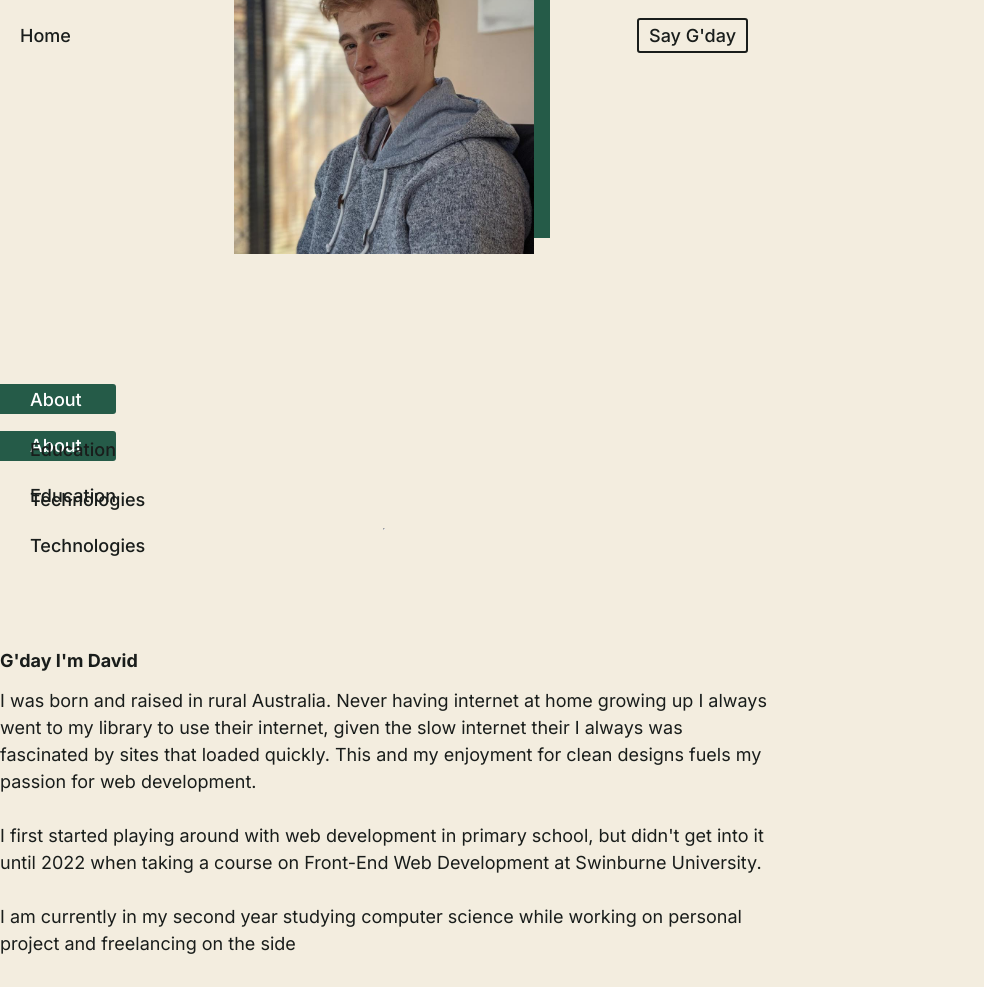
Repository: David-Waite/David-Waite-Portfolio
Page: /about
An editor plug-in stored every save of this project. The page is shown before and after the next save, followed by the edit.
The browser window is 768 px wide. The page is 768 px wide, then 984 px, so the pictures cover 984 px, including what lies to the right of the window. The pictures show the whole page.
The project was rebuilt for these pictures with package versions that can differ from the ones it lists, and the page was loaded fresh each time. The framework's server and built-in components were replaced by stand-ins that run in the browser. Also part of the build but not shown: next.config.js.

Above is the page before, as saved 2023-07-27 10:42:16.

### app/layout.tsx
import "./globals.css";
import type { Metadata } from "next";
import { Inter } from "next/font/google";
import Link from "next/link";
import NavBar from "./components/Nav/NavBar/NavBar";

const inter = Inter({ subsets: ["latin"] });

export const metadata: Metadata = {
  title: "Create Next App",
  description: "Generated by create next app",
};

export default function RootLayout({
  children,
}: {
  children: React.ReactNode;
}) {
  return (
    <html lang="en">
      <body className={inter.className}>
        <NavBar />
        {children}
      </body>
    </html>
  );
}

### app/about/page.tsx
"use client";

import Image from "next/image";
import styles from "./page.module.css";
import Menu from "../components/About/Menu/Menu";
import { useState } from "react";

export default function About() {
  const [selected, setSelected] = useState({
    about: true,
    education: false,
    technologies: false,
  });

  function handleClick(select: string) {
    setSelected(() => {
      return {
        about: select === "about" ? true : false,
        education: select === "education" ? true : false,
        technologies: select === "technologies" ? true : false,
      };
    });
  }

  const AboutText = (
    <>
      <h1>G&apos;day I&apos;m David</h1>
      <p className={styles.description}>
        I was born and raised in rural Australia. Never having internet at home
        growing up I always went to my library to use their internet, given the
        slow internet their I always was fascinated by sites that loaded
        quickly. This and my enjoyment for clean designs fuels my passion for
        web development.
        <br />
        <br /> I first started playing around with web development in primary
        school, but didn&apos;t get into it until 2022 when taking a course on
        Front-End Web Development at Swinburne University.
        <br />
        <br /> I am currently in my second year studying computer science while
        working on personal project and freelancing on the side
      </p>
    </>
  );

  const EducationText = (
    <>
      <h1>My Education</h1>
      <ul className={`${styles.description} ${styles.descriptionList} `}>
        <li>
          CT50220 Dimploma of Information Technology (Front End Web Development)
          | 2022
        </li>
        <li>BA-CS Bachelor of Computer Science | 2023 - current</li>
        <li>Front end developer career path (72hrs) | Scrimba (online)</li>
        <li>
          React Native - The Practical Guide 2022 (26hrs) | Udemy (online)
        </li>
        <li>
          C# Basics for Beginners: Learn C# Fundamentals by Coding (6hrs) |
          Udemy (online)
        </li>
        <li>
          C# Intermediate: Classes, Interfaces and OOP (6hrs) | Udemy (online)
        </li>
      </ul>
    </>
  );
  const TechnologiesText = (
    <>
      <h1>What I&apos;m confortable with</h1>
      <ul className={`${styles.description} ${styles.descriptionList} `}>
        <li>HTML</li>
        <li>CSS</li>
        <li>Next.Js</li>
        <li>Contentful</li>
        <li>React.Js</li>
        <li>JavaScript</li>
        <li>C#</li>
      </ul>
    </>
  );

  let textContent;

  if (selected.about) {
    textContent = AboutText;
  }
  if (selected.technologies) {
    textContent = TechnologiesText;
  }
  if (selected.education) {
    textContent = EducationText;
  }
  return (
    <main className={styles.container}>
      <Menu selected={selected} onClick={handleClick} />
      <div className={styles.content}>
        <div>
          <div className={styles.paragraphContainer}>{textContent}</div>

          <div className={`${styles.desktopLink} ${styles.links}`}>
            <a href="https://github.com/David-Waite" target="_blank">
              GitHub
            </a>
            <a href="www.linkedin.com/in/davidwaitedev" target="_blank">
              LinkedIn
            </a>
            <a href="https://www.instagram.com/david__waite/" target="_blank">
              Instagram
            </a>
          </div>
        </div>
        <div className={styles.mobileMenu}>
          <div>
            <Menu selected={selected} onClick={handleClick} />
            <div className={`${styles.desktopLink} ${styles.links}`}>
              <a href="https://github.com/David-Waite" target="_blank">
                GitHub
              </a>
              <a href="www.linkedin.com/in/davidwaitedev" target="_blank">
                LinkedIn
              </a>
              <a href="https://www.instagram.com/david__waite/" target="_blank">
                Instagram
              </a>
            </div>
          </div>

          <hr />
        </div>

        <div className={styles.imageContainer}>
          <Image src="/aboutMe.jpg" fill={true} alt="David" />
        </div>
      </div>
    </main>
  );
}

### app/contact/send/route.ts
import mail from "@sendgrid/mail";
import { NextResponse } from "next/server";

// Create an api key in sendgrid and store someplace safe
mail.setApiKey(process.env.SENDGRID_API_KEY || "");

type ResponseData = {
  status?: string;
  message?: string;
};

export async function POST(request: Request) {
  let response: ResponseData = {};
  const body = await request.json();
  // I know the formData I sent in my request has name, email, and message fields so I'm just manually grabbing them to format a message
  const message = `
    Name: ${body.name}\r\n
    Email: ${body.email}\r\n
    Message: ${body.message}

  `;
  const data = {
    to: "davidwaite122@gmail.com",
    from: "davidwaiteportfolio@zohomail.com.au",
    subject: "Contact Message via Sendgrid",
    text: message,
    html: message.replace(/\r\n/g, "<br>"),
  };

  // Send the data and create a response object. I'm using status and message to display a success or fail notification in the UI
  await mail
    .send(data)
    .then(() => {
      response = {
        status: "success",
        message: "Your message was sent. I'll be in contact shortly.",
      };
    })
    .catch((error) => {
      response = {
        status: "error",
        message: `Message failed to send with error, ${error}`,
      };
    });

  return NextResponse.json(response);
}

### app/globals.css
:root {
  --primary: #255b48;
  --black: #191d1b;
  --background: #f3eddf;
  --white: #ffffff;
  --grey: #606060;
  --error: #a83c23;
}

.paragraph {
  font-size: 18px;
  font-style: normal;
  font-weight: 400;
  line-height: 25.2px;
  color: var(--black);
}

body {
  background-color: var(--background);
}

* {
  padding: 0;
  margin: 0;
  box-sizing: border-box;
}

### app/components/Nav/NavBar/NavBar.tsx
"use client";
import NavButton from "../NavButton/NavButton";
import styles from "./navBar.module.css";
import { usePathname } from "next/navigation";

import Link from "next/link";

export default function NavBar() {
  const currentRoute = usePathname();

  return (
    <nav className={styles.container}>
      <Link
        className={styles.link}
        href={`./${currentRoute === "/" ? "about" : "/"}`}
      >
        {currentRoute === "/" ? "About" : "Home"}
      </Link>

      {currentRoute !== "/contact" && <NavButton />}
    </nav>
  );
}

### app/about/page.module.css
.container {
  display: flex;
  height: calc(100vh - 70px);
  width: 100%;
  align-items: center;
  justify-content: center;
}

.content {
  position: relative;
  display: flex;
  align-items: center;
  gap: 200px;
}
.imageContainer {
  position: relative;
  width: 440px;
  height: 440px;
  box-shadow: var(--primary) 16px -16px 0px 0px;
}

.descriptionList {
  margin-left: 32px;
  margin-right: -32px;
}
.content h1 {
  color: var(--black);
  font-size: 18px;
  font-weight: 700;
  margin-bottom: 16px;
}
.description {
  color: var(--black);
  font-size: 18px;
  font-weight: 400;

  width: 740px;
  height: 300px;
  line-height: 27px;
}

.links {
  margin-top: 24px;
  position: absolute;
  left: -56px;
  padding: 0 56px;
  background-color: var(--primary);
  display: flex;
  align-items: center;
  flex-direction: column;
}
.mobileLink {
  display: none;
}
.links a {
  cursor: pointer !important;
  color: var(--white);
  text-decoration: none;
  font-size: 18px;
  margin: 8px 0;
}

.container hr {
  width: 100%;
  display: none;
}
.links a:hover {
  color: var(--grey);
}

.mobileMenu {
  display: none;
}

@media (max-width: 2000px) {
  .content {
    gap: 100px;
  }
}
@media (max-width: 1850px) {
  .imageContainer {
    width: 350px;
    height: 350px;
  }
}

@media (max-width: 1750px) {
  .imageContainer {
    width: 350px;
    height: 350px;
    margin-right: -50px;
  }
}

@media (max-width: 1650px) {
  .description {
    width: 700px;
    height: 300px;
  }
}

@media (max-width: 1550px) {
  .imageContainer {
    margin-right: -100px;
    width: 300px;
    height: 300px;
  }
}
@media (max-width: 1439px) {
  .desktopLink {
    display: none;
  }

  .imageContainer {
    margin-right: 0px;
  }
  .content {
    flex-direction: column-reverse;
    margin-top: 70px;
  }
}
@media (max-width: 768px) {
  .container hr {
    display: inline;
    margin: 174px 0 20px;
  }

  .mobileMenu {
    display: flex;
  }

  .mobileLink {
    position: relative !important;
  }

  .mobileMenu #menu {
    position: relative;
  }
  .description {
    width: 100%;
  }
}

@media (max-width: 425px) {
  .links a,
  .content h1,
  .description {
    font-size: 16px;
  }
}

### app/components/About/Menu/Menu.tsx
"use client";
import { CSSProperties, useState } from "react";
import styles from "./menu.module.css";
export default function Menu(props: { onClick: any; selected: any }) {
  function handleClick(select: string) {
    props.onClick(select);
  }

  const selectedBackground: any = {
    left: "0px",
  };
  const selectedP: any = {
    color: "white",
  };
  return (
    <div className={styles.menu} id="menu">
      <div
        className={`${styles.linkContainer} ${styles.about}`}
        onClick={() => handleClick("about")}
      >
        <div
          className={styles.aboutBackground}
          style={Object.assign(props.selected.about && selectedBackground)}
        ></div>
        <p style={Object.assign(props.selected.about && selectedP)}>About</p>
      </div>
      <br />
      <div
        className={`${styles.linkContainer} ${styles.education}`}
        onClick={() => handleClick("education")}
      >
        <div
          className={styles.educationBackground}
          style={Object.assign(props.selected.education && selectedBackground)}
        ></div>
        <p style={Object.assign(props.selected.education && selectedP)}>
          Education
        </p>
      </div>
      <br />
      <div
        className={`${styles.linkContainer} ${styles.technologies}`}
        onClick={() => handleClick("technologies")}
      >
        <div
          className={styles.technologiesBackground}
          style={Object.assign(
            props.selected.technologies && selectedBackground
          )}
        ></div>
        <p style={Object.assign(props.selected.technologies && selectedP)}>
          Technologies
        </p>
      </div>
    </div>
  );
}

### app/components/Nav/NavButton/NavButton.tsx
import styles from "./navButton.module.css";

import Link from "next/link";

export default function NavButton() {
  return (
    <Link className={styles.container} href={"./contact"}>
      Say G&apos;day
    </Link>
  );
}

### app/components/Nav/NavBar/navBar.module.css
.container {
  display: flex;
  align-items: center;
  justify-content: space-between;
  height: 70px;
  padding: 0 30px;
}

.link {
  color: var(--black);
  text-decoration: none;
  font-size: 18px;
  font-weight: 500;
  cursor: pointer !important;
}

.link:hover {
  color: var(--grey);
}

@media (max-width: 768px) {
  .container {
    padding: 0 20px;
  }
}
@media (max-width: 425px) {
  .link {
    font-size: 16px;
  }
}

### app/components/About/Menu/menu.module.css
.menu {
  position: absolute;
  left: 0;
  font-size: 18px;
  font-weight: 500;
}

.menu div {
  display: flex;
  align-items: center;
}

.linkContainer {
  position: relative;
}
.linkContainer p {
  position: relative;
  cursor: pointer !important;
  color: var(--black);
}

.aboutBackground,
.educationBackground,
.technologiesBackground {
  position: absolute;
  background-color: var(--primary);
  left: 0;
  height: 30px;
  border-radius: 0 3px 3px 0;
  transition: 0.3s ease-in;
}
.about {
  width: 116px;
}
.aboutBackground {
  width: 116px;
  left: -116px;
}
.about:hover .aboutBackground {
  left: 0;
}

.education {
  width: 148px;
}
.educationBackground {
  width: 148px;
  left: -148px;
}
.education:hover .educationBackground {
  left: 0;
}

.technologies {
  width: 175px;
}
.technologiesBackground {
  width: 175px;
  left: -175px;
}
.technologies:hover .technologiesBackground {
  left: 0;
}

.menu p {
  top: 0;
  padding: 4px 30px;

  transition: 0.3s;
}

.selected {
  border-radius: 0 3px 3px 0;
  color: var(--white);
  background: rgb(37, 91, 72);
}

.linkContainer p:hover {
  position: relative;
  color: var(--white);
}

@media (max-width: 1439px) {
  .menu {
    top: 150px;
  }
}

@media (max-width: 768px) {
  .menu {
    top: 431px;
  }
}

### app/components/Nav/NavButton/navButton.module.css
.container {
  border: 2px solid var(--black);
  color: var(--black);
  font-weight: 500;
  border-radius: 3px;
  font-size: 18px;
  padding: 5px 10px;
  transition: 0.3s;
  text-decoration: none;
  cursor: pointer !important;
}

.container:hover {
  background-color: var(--primary);
  color: var(--white);
}

@media (max-width: 425px) {
  .container {
    font-size: 16px;
  }
}

After the next save:
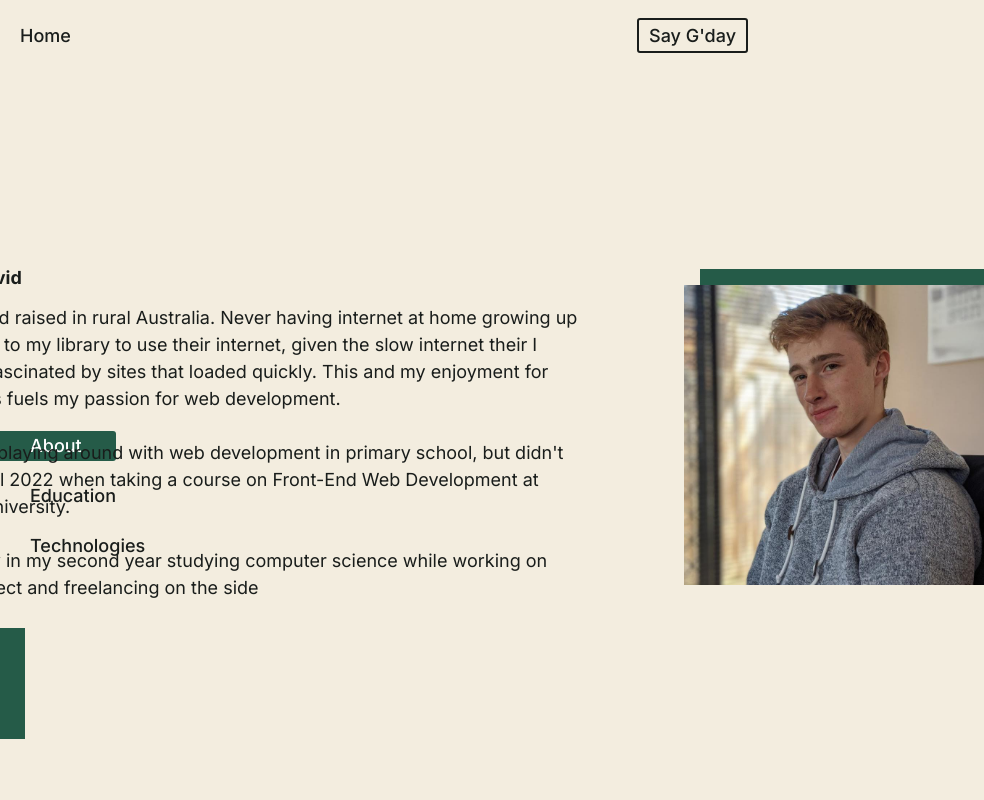
Saved 32 s later.
--- a/app/about/page.module.css
+++ b/app/about/page.module.css
@@ -106,40 +106,6 @@
     height: 300px;
   }
 }
-@media (max-width: 1439px) {
-  .desktopLink {
-    display: none;
-  }
-
-  .imageContainer {
-    margin-right: 0px;
-  }
-  .content {
-    flex-direction: column-reverse;
-    margin-top: 70px;
-  }
-}
-@media (max-width: 768px) {
-  .container hr {
-    display: inline;
-    margin: 174px 0 20px;
-  }
-
-  .mobileMenu {
-    display: flex;
-  }
-
-  .mobileLink {
-    position: relative !important;
-  }
-
-  .mobileMenu #menu {
-    position: relative;
-  }
-  .description {
-    width: 100%;
-  }
-}
 
 @media (max-width: 425px) {
   .links a,
